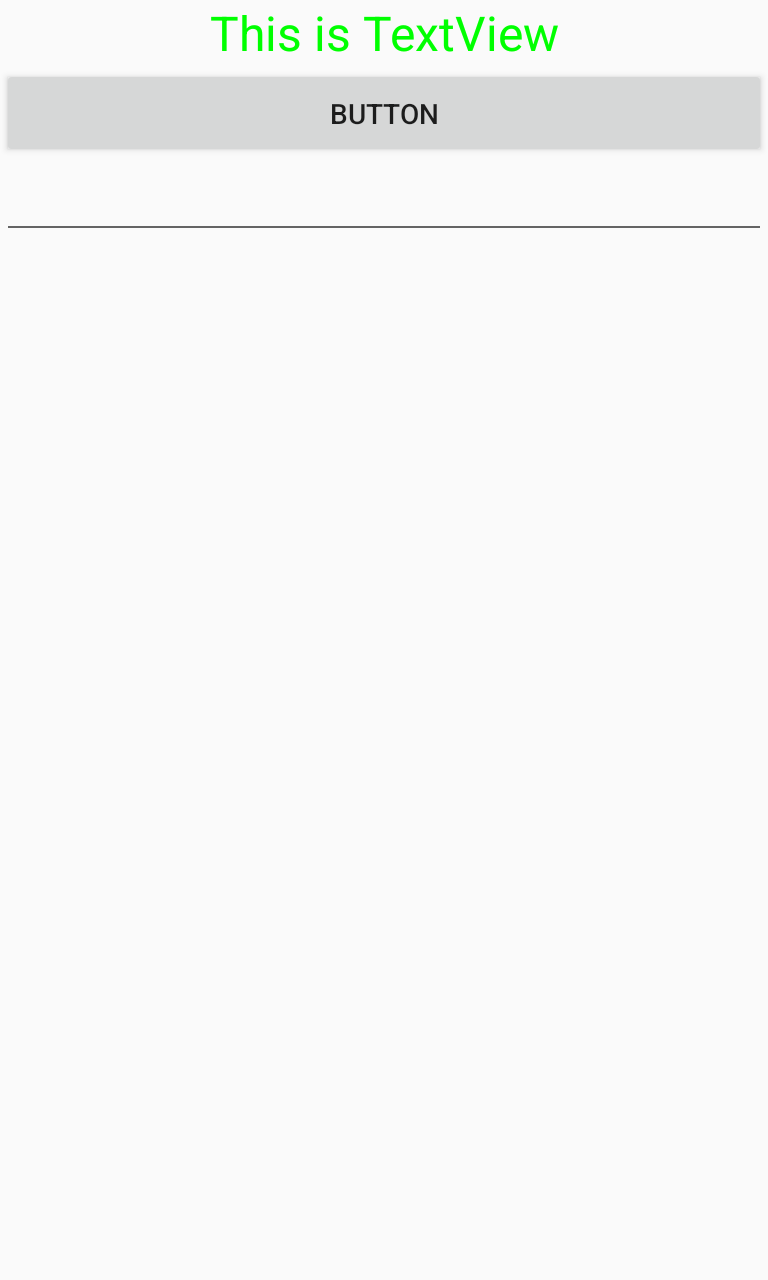
Repository: hohoTT/Android_summarize
Layout: UIWidgeTest/res/layout/activity_main.xml
These files come from the project's save history. The layout is drawn as it stood at one moment and after the next save; the edit follows.
It is drawn on a 768 x 1280 px phone screen (xhdpi) without system bars, with theme AppTheme; the app's code is not run.

Above is the layout before, as saved 2016-02-23 08:37:20.

After the next save:
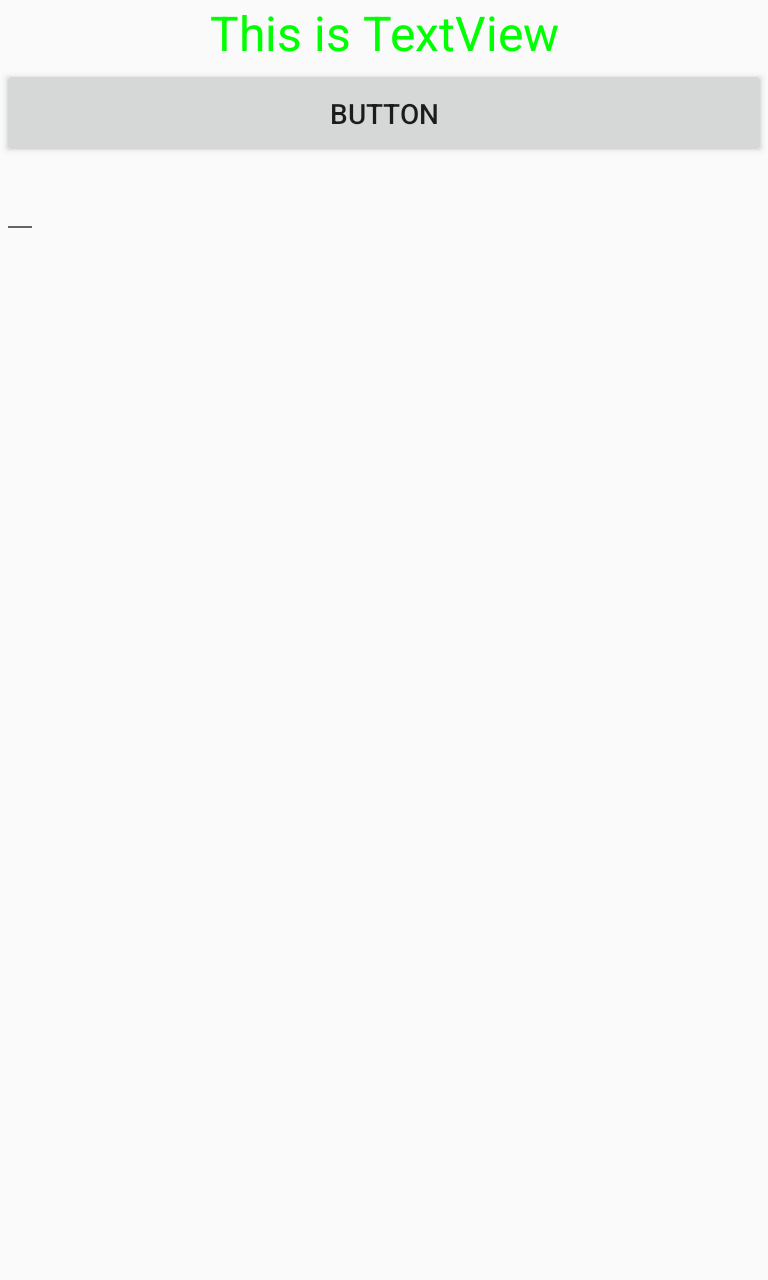
Saved 89 s later.
--- a/UIWidgeTest/res/layout/activity_main.xml
+++ b/UIWidgeTest/res/layout/activity_main.xml
@@ -20,7 +20,7 @@
 
     <EditText
         android:id="@+id/edit_text"
-        android:layout_width="match_parent"
+        android:layout_width="20sp"
         android:layout_height="wrap_content" />
 
 </LinearLayout>

After the save that followed:
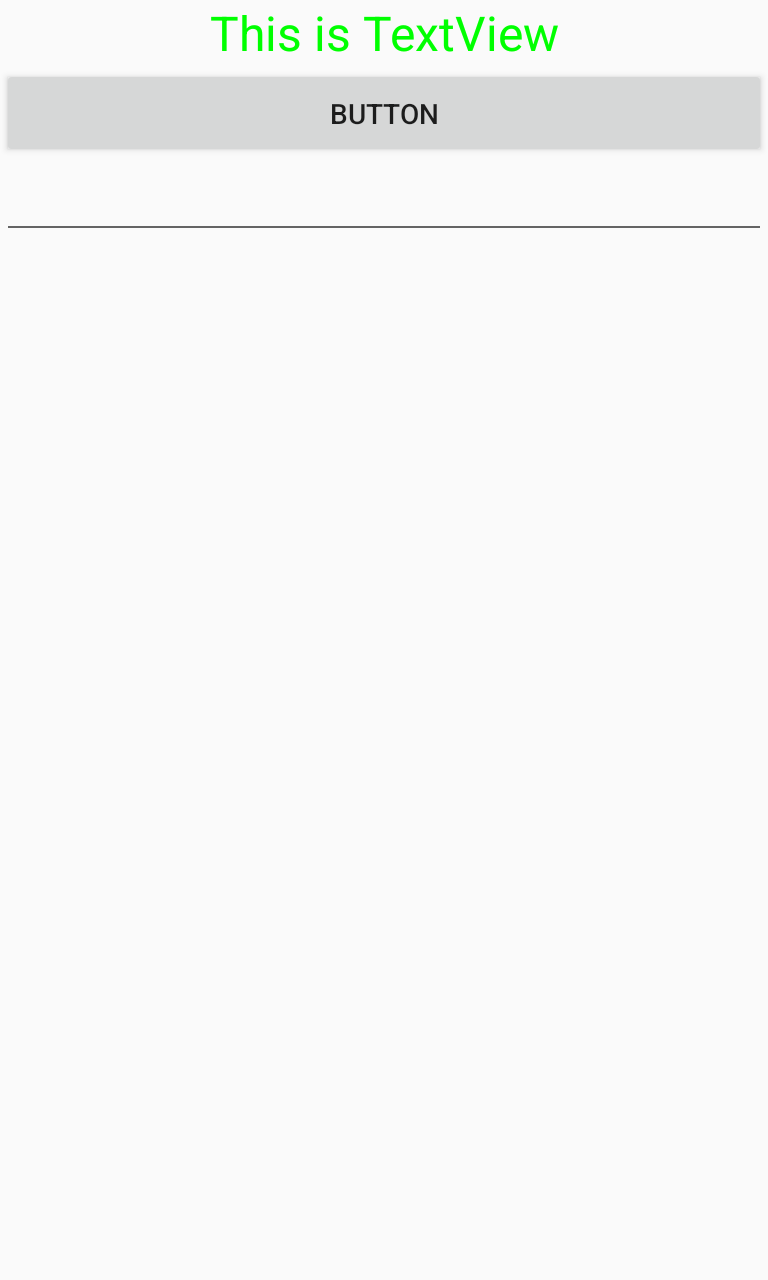
Saved 5 s later.
--- a/UIWidgeTest/res/layout/activity_main.xml
+++ b/UIWidgeTest/res/layout/activity_main.xml
@@ -20,7 +20,7 @@
 
     <EditText
         android:id="@+id/edit_text"
-        android:layout_width="20sp"
+        android:layout_width="match_parent"
         android:layout_height="wrap_content" />
 
 </LinearLayout>
